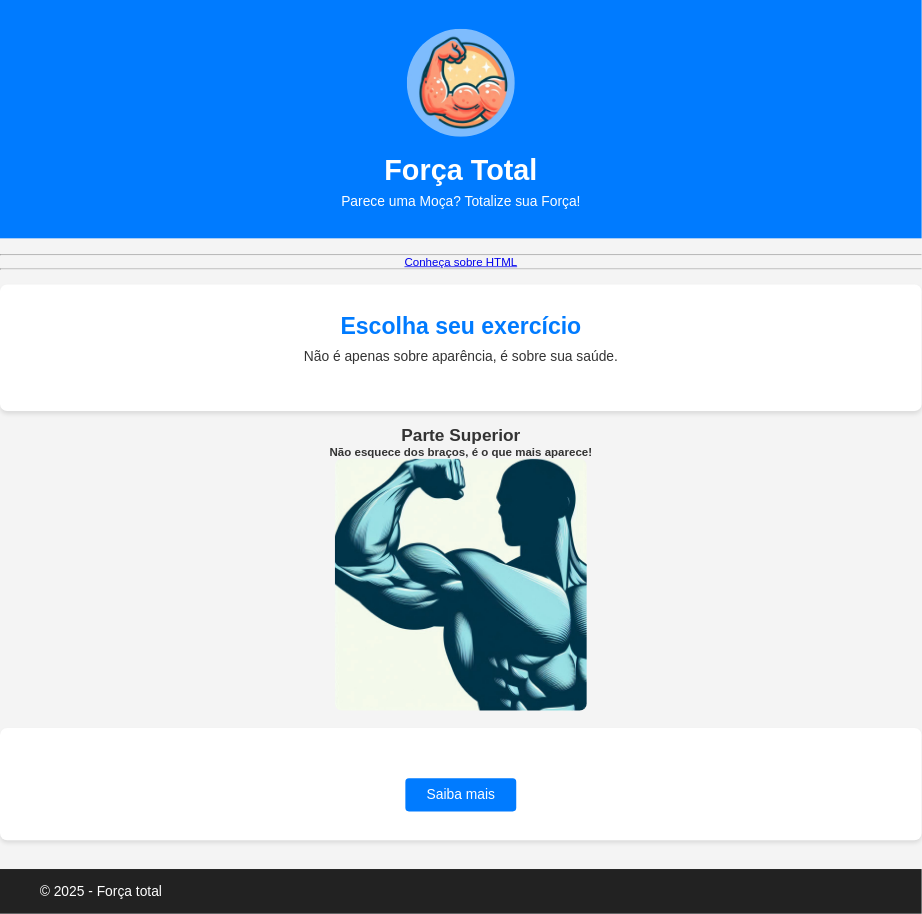
Repository: LuidyOn/Site_Forca_Total
Page: ForçaTotal/index.html
The author's editor kept a copy of each file at every save. The page is drawn from the files as they stood at one save, then again after a run of saves.
The browser window is 1280 px wide. The pictures show the whole page, at 72% of full size.

Above is the page before, as saved 2025-05-19 13:54:01.
Not found: ForçaTotal/js/script.js

### ForçaTotal/index.html
<!DOCTYPE html>
<html lang="pt-br">

<head>
    <meta charset="UTF-8">
    <meta name="viewport" content="width=device-width, initial-scale=1.0">
    <title>Meu Site Força Total</title>
    <link rel="stylesheet" href="css/style.css">
    <link rel="shortcut icon" href="img/icons/logo.ico" type="image/x-icon">
</head>

<body>
    <header>
        <img src="img/logo.jpg" alt="Imagem logo">
        <h1>Força Total</h1>
        <p>Parece uma Moça? Totalize sua Força!</p>
    </header>

    <p><br></p><hr>
    <a href="sobreHTML.html" rel="next"> Conheça sobre HTML </a>
    <hr>
    <section>

        <h2>Escolha seu exercício</h2>
        <p>Não é apenas sobre aparência, é sobre sua saúde.</p>

    </section >

    <h2>Parte Superior</h2>
        <h4>Não esquece dos braços, é o que mais aparece!</h4>
        <img src="img\parteSerior.png" alt="Imagem homem tbm" width="350px" style="border-radius: 10px"
        <img src="img/bebendoAguaAcademia.jpg" alt="Imagem homem">

    </section>
    <section >
    <button id="botao">Saiba mais</button>
    </section >
    <footer>
        <p>© 2025 - Força total</p>
    </footer>

    <script src="js/script.js"></script>
</body>
</html>

### ForçaTotal/css/style.css
/* Resetando algumas margens e paddings padrão */
* {
  margin: 0;
  padding: 0;
  box-sizing: border-box;
}

body {
  font-family: 'Arial', sans-serif;
  text-align: center;
  background-color: #f4f4f4;
  margin: 0;
  padding: 0;
  color: #333;
}

header {
  background-color: #007bff;
  color: white;
  padding: 40px 20px;
  text-align: center;
}

header img {
  width: 150px;
  margin-bottom: 20px;
  border-radius: 50%;
}

h1 {
  font-size: 2.5rem;
  margin-bottom: 10px;
  font-weight: bold;
}

p {
  font-size: 1.2rem;
  font-weight: 300;
}

section {
  padding: 40px 20px;
  background-color: white;
  margin: 20px 0;
  border-radius: 10px;
  box-shadow: 0px 4px 6px rgba(0, 0, 0, 0.1);
}

section h2 {
  font-size: 2rem;
  margin-bottom: 10px;
  color: #007bff;
}

section p {
  font-size: 1.2rem;
  line-height: 1.5;
  margin-bottom: 20px;
}

section img {
  width: 25%;
  max-width: 600px;
  border-radius: 10px;
  box-shadow: 0px 4px 6px rgba(0, 0, 0, 0.1);
  margin-left: px;
}

button {
  padding: 12px 30px;
  font-size: 1.2rem;
  background-color: #007bff;
  color: white;
  border: none;
  border-radius: 5px;
  cursor: pointer;
  transition: background-color 0.3s ease, transform 0.2s ease;
  margin-top: 30px;
  margin-left: 0px;

}

button:hover {
  background-color: #325f90;
  transform: translateY(-2px);
}

button:active {
  transform: translateY(0);
}

footer {
  background-color: #222;
  color: white;
  padding: 20px;
  font-size: 1rem;
  text-align: center;
  margin-top: 40px;
}

footer p {
  font-weight: 300;
  margin-left: -1000px;

}

@media screen and (max-width: 768px) {
  header h1 {
      font-size: 2rem;
  }

  section h2 {
      font-size: 1.8rem;
  }

  button {
      padding: 10px 25px;
  }
}

After the next 2 saves:
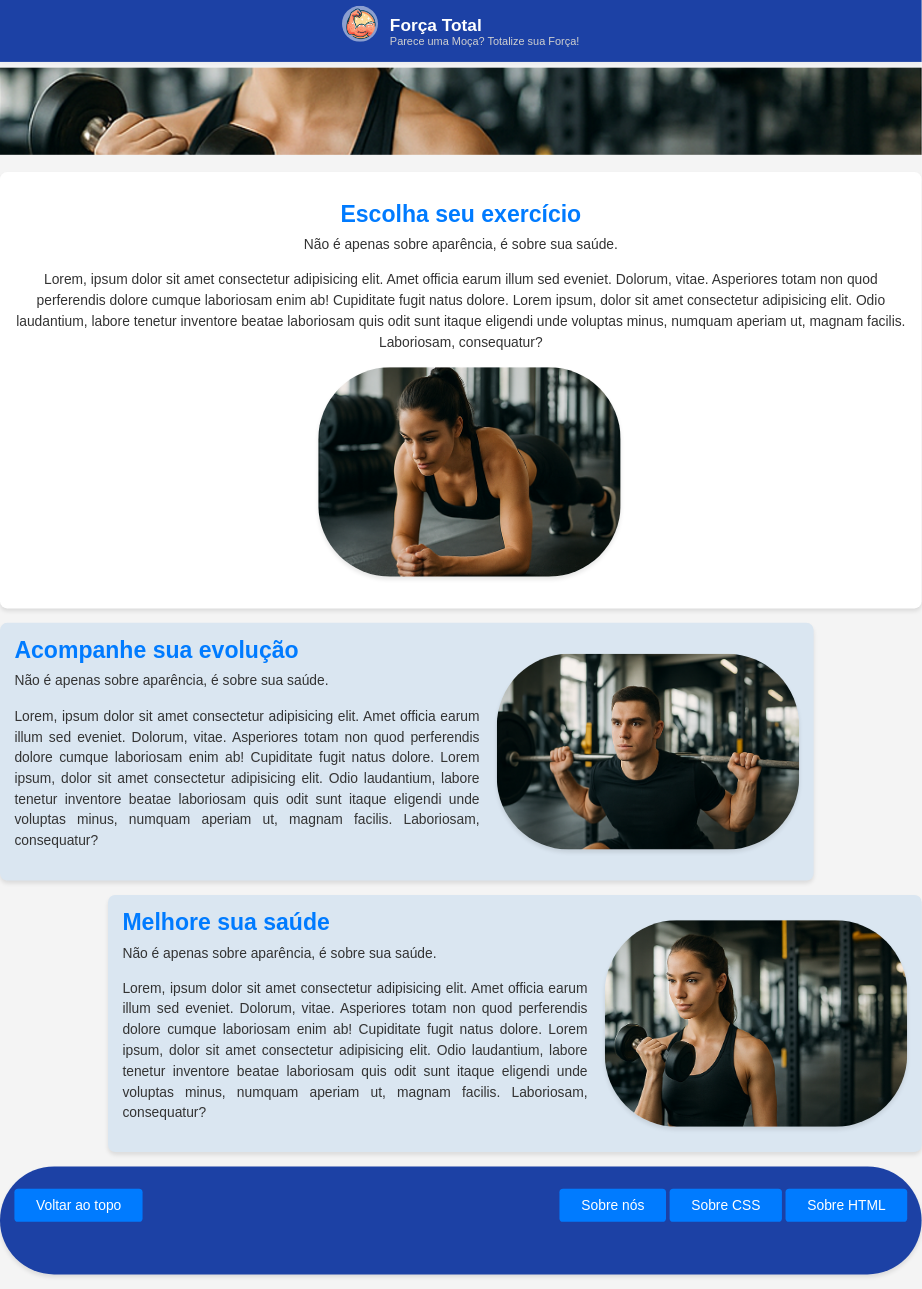
The 2 saves are shown as one change because they came seconds apart.
The last was saved 4 min 8 s later.
--- a/ForçaTotal/index.html
+++ b/ForçaTotal/index.html
@@ -4,40 +4,62 @@
 <head>
     <meta charset="UTF-8">
     <meta name="viewport" content="width=device-width, initial-scale=1.0">
-    <title>Meu Site Força Total</title>
+    <title>Força Total</title>
     <link rel="stylesheet" href="css/style.css">
     <link rel="shortcut icon" href="img/icons/logo.ico" type="image/x-icon">
 </head>
 
 <body>
-    <header>
-        <img src="img/logo.jpg" alt="Imagem logo">
-        <h1>Força Total</h1>
-        <p>Parece uma Moça? Totalize sua Força!</p>
+    <header style="display: flex; align-items: center; justify-content: center; gap: 16px; padding: 8px 0; position: fixed; top: 0; left: 0; width: 100%; background: #1c41a5; z-index: 1000; box-shadow: 0 2px 8px rgba(0,0,0,0.05);">
+        <img src="img/logo.jpg" alt="Imagem logo" style="height: 50px; width: auto;">
+        <div style="text-align: left;">
+            <h1 style="margin: 0; font-size: 1.5em;">Força Total</h1>
+            <p style="margin: 0; color: rgb(207, 207, 207); font-size: 0.95em;">Parece uma Moça? Totalize sua Força!</p>
+        </div>
     </header>
+    <div style="height: 74px;"></div>
 
-    <p><br></p><hr>
-    <a href="sobreHTML.html" rel="next"> Conheça sobre HTML </a>
-    <hr>
-    <section>
+<img src="img/bannerpeso.png" alt="mulher com peso" style="width: 100%; height: auto; margin-top: 20px;">
 
-        <h2>Escolha seu exercício</h2>
-        <p>Não é apenas sobre aparência, é sobre sua saúde.</p>
+    <section id="background-color: #dae6f1; padding: 20px; text-align: justify; margin-left: 150px; display: flex; align-items: center; justify-content: space-between;">
+        <div style="flex: 1;">
+            <h2>Escolha seu exercício</h2>
+            <p>Não é apenas sobre aparência, é sobre sua saúde.</p>
+            <p>Lorem, ipsum dolor sit amet consectetur adipisicing elit. Amet officia earum illum sed eveniet. Dolorum, vitae. Asperiores totam non quod perferendis dolore cumque laboriosam enim ab! Cupiditate fugit natus dolore. Lorem ipsum, dolor sit amet consectetur adipisicing elit. Odio laudantium, labore tenetur inventore beatae laboriosam quis odit sunt itaque eligendi unde voluptas minus, numquam aperiam ut, magnam facilis. Laboriosam, consequatur?</p>
+        </div>
+        <img src="img/prancha.png" alt="Exercício" style="width: 420px; height: auto; border-radius: 100px; margin-left: 24px;">
+    </section>
+    <section style="background-color: #dae6f1; padding: 20px; text-align: justify; margin-right: 150px; display: flex; align-items: center; justify-content: space-between;">
+        <div style="flex: 1;">
+            <h2>Acompanhe sua evolução</h2>
+            <p>Não é apenas sobre aparência, é sobre sua saúde.</p>
+            <p>Lorem, ipsum dolor sit amet consectetur adipisicing elit. Amet officia earum illum sed eveniet. Dolorum, vitae. Asperiores totam non quod perferendis dolore cumque laboriosam enim ab! Cupiditate fugit natus dolore. Lorem ipsum, dolor sit amet consectetur adipisicing elit. Odio laudantium, labore tenetur inventore beatae laboriosam quis odit sunt itaque eligendi unde voluptas minus, numquam aperiam ut, magnam facilis. Laboriosam, consequatur?</p>
+        </div>
+        <img src="img/agachamento.png" alt="Exercício" style="width: 420px; height: auto; border-radius: 100px; margin-left: 24px;">
+    </section>
 
-    </section >
+    <section style="background-color: #dae6f1; padding: 20px; text-align: justify; margin-left: 150px; display: flex; align-items: center; justify-content: space-between;">
+        <div style="flex: 1;">
+            <h2>Melhore sua saúde</h2>
+            <p>Não é apenas sobre aparência, é sobre sua saúde.</p>
+            <p>Lorem, ipsum dolor sit amet consectetur adipisicing elit. Amet officia earum illum sed eveniet. Dolorum, vitae. Asperiores totam non quod perferendis dolore cumque laboriosam enim ab! Cupiditate fugit natus dolore. Lorem ipsum, dolor sit amet consectetur adipisicing elit. Odio laudantium, labore tenetur inventore beatae laboriosam quis odit sunt itaque eligendi unde voluptas minus, numquam aperiam ut, magnam facilis. Laboriosam, consequatur?</p>
+        </div>
+        <img src="img/peso.png" alt="Exercício" style="width: 420px; height: auto; border-radius: 100px; margin-left: 24px;">
+    </section>
 
-    <h2>Parte Superior</h2>
-        <h4>Não esquece dos braços, é o que mais aparece!</h4>
-        <img src="img\parteSerior.png" alt="Imagem homem tbm" width="350px" style="border-radius: 10px"
-        <img src="img/bebendoAguaAcademia.jpg" alt="Imagem homem">
+    <section style=" background-color: #1c41a5; padding: 10px; text-align: justify; height: 150px; padding: 1px 20px;  border-radius: 1000px;">
+  <h3 style="text-align: left;">
+    <span>
+    <a href="index.html"><button id="botao">Voltar ao topo</button></a>
+    </span>
+    <span style="float: right;">
+      <a href="paginas/sobrenos.html"><button>Sobre nós</button></a>
+      <a href="paginas/sobrecss.html"><button>Sobre CSS</button></a>
+      <a href="paginas/sobreHTML.html"><button>Sobre HTML</button></a>
+    </span>
+  </h3>
 
-    </section>
-    <section >
-    <button id="botao">Saiba mais</button>
-    </section >
-    <footer>
-        <p>© 2025 - Força total</p>
-    </footer>
+  </section>
 
     <script src="js/script.js"></script>
 </body>
